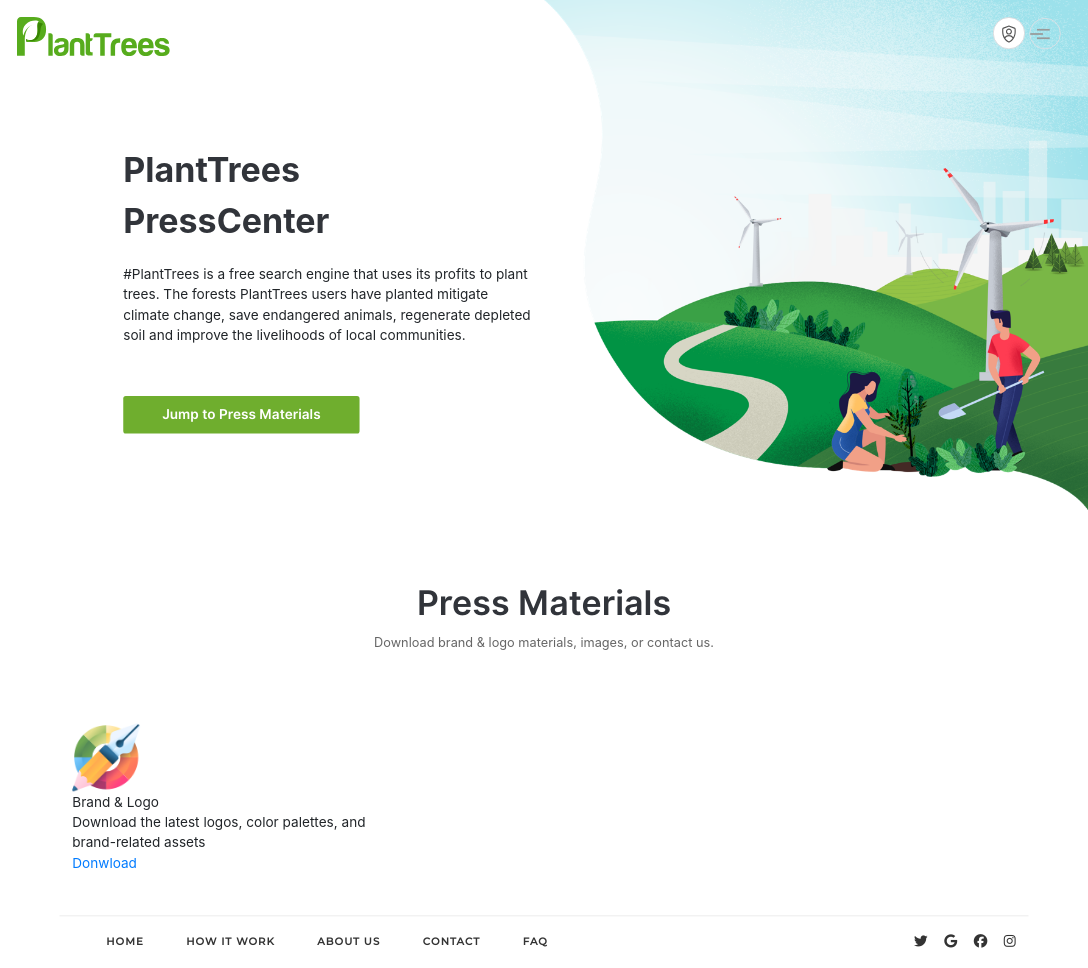
Repository: caothaito/b6g6
Page: bogo/privacy.html
An editor plug-in stored every save of this project. The page is shown before and after the next save, followed by the edit.
The browser window is 1280 px wide. The pictures show the whole page, at 85% of full size.
Some web libraries are served in a nearby version. The style sheet was rebuilt from its Sass, Less or Tailwind sources for each picture, by a compiler version that may differ from the author's.

Above is the page before, as saved 2020-09-11 10:40:22.

After the next save:
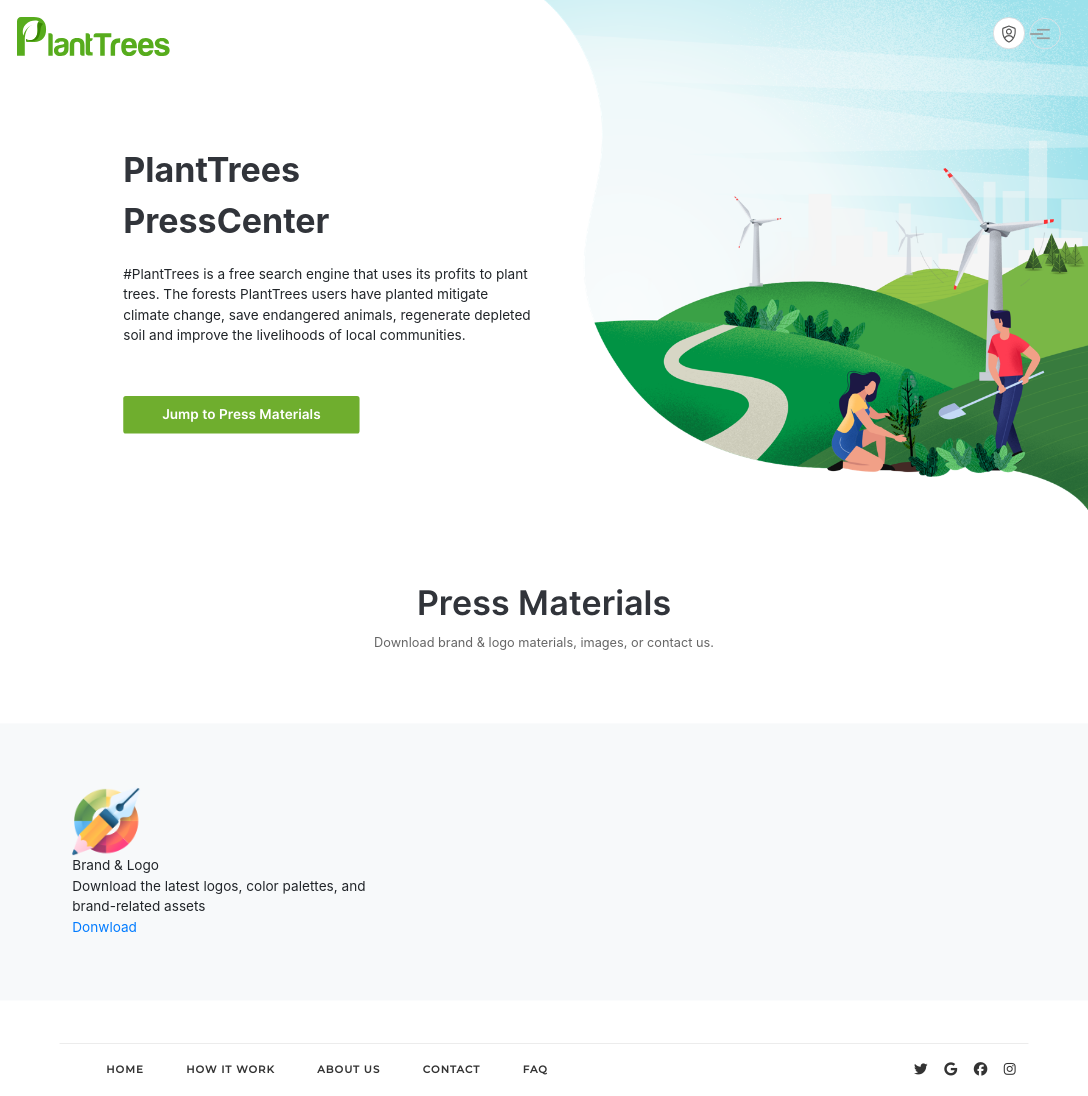
Saved 3 min 3 s later.
--- a/bogo/assets/css/media.scss
+++ b/bogo/assets/css/media.scss
@@ -106,4 +106,10 @@
         font-size: 15px;
         font-size: .9375rem;
     }
+    .plant-pressMaterials-wrap{
+        z-index: 1;
+        padding: 75px 0;
+        position: relative;
+        background-color: #f7f9fa;
+    }
 }
